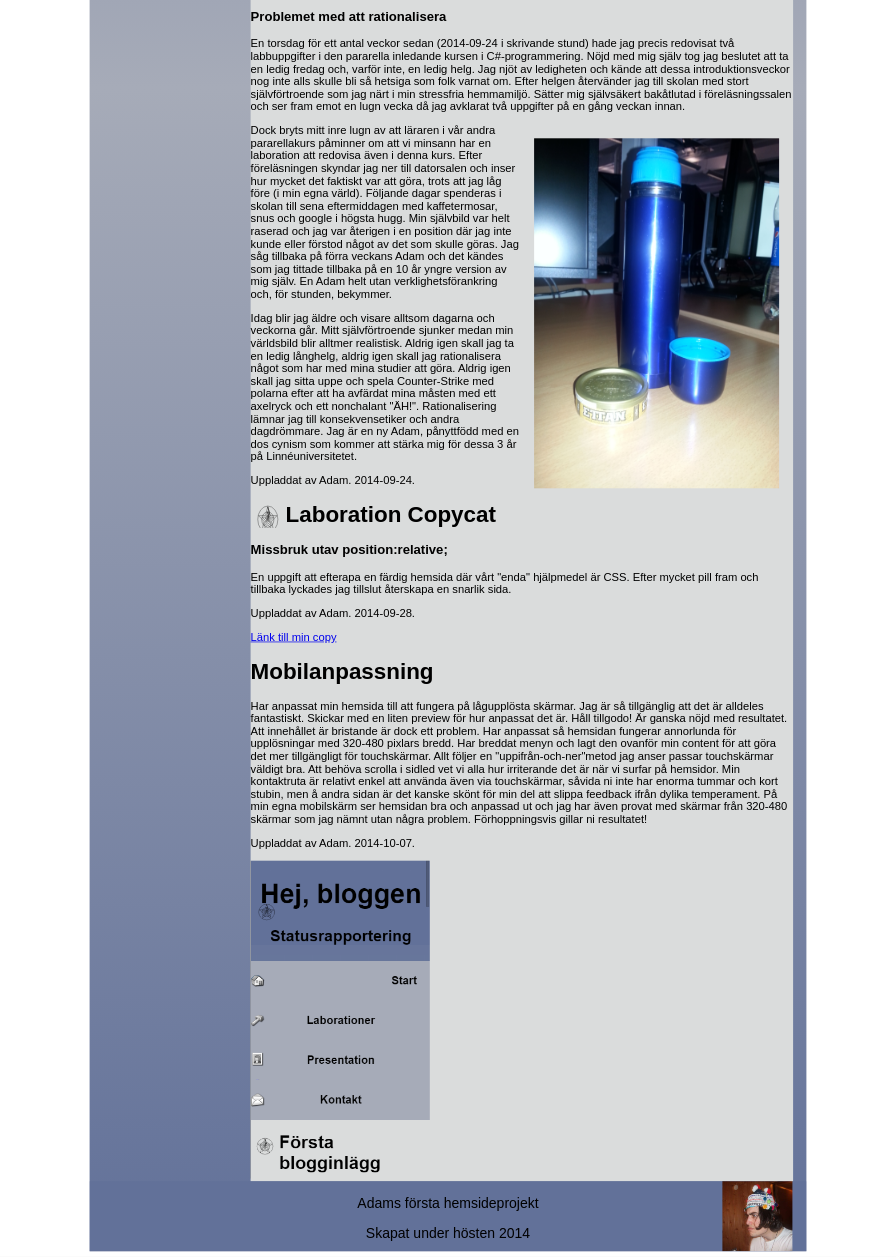
Repository: ao222qc/1IK415_ao222qc_copycat
Page: index.html
The author's editor kept a record of every edit. The page is drawn from the files as they stood at one moment, then again after the next edit.
The browser window is 1280 px wide. The pictures show the part of the page from y = 1541 to 3461 px (the page is 3337 px tall before and 3461 px after), at 70% of full size.

Above is the page before.

### index.html
<!doctype html>
<html lang="sv">
    <head>
        <meta charset = "utf-8">
        <title>Bloggindex</title>
        <link rel="stylesheet" href="pics/css/style.css" media="screen">
        <link rel="stylesheet" href="pics/css/print.css" media ="print">
       <link rel="stylesheet" href="pics/css/mobile.css" media="screen and (min-device-width: 320px) and (max-device-width: 480px") />
       <meta content='width=device-width; initial-scale=1.0; maximum-scale=1.0; user-scalable=0;' name='viewport' />
       <link rel="icon"  type="image/x-icon" href="/pics/fav.ico" />
       <link rel="shortcut icon" href="/pics/iosicon.png"/>
    </head>
<body>
<div id="background">
    <div id="header">
    <h1>Hej, bloggen</h1>
    <h3>Statusrapportering</h3>
    </div>

    <div id="navigation">
    <ul>
        <li class="active"><a class="index" href="index.html">Start</a></li>
        <li><a class="laborationer" href="pages/laborationer.html">Laborationer</a></li>
        <li><a class="presentation" href="pages/presentation.html">Presentation</a></li>
        <li><a class="kontakt" href="pages/kontakt.html">Kontakt</a></li>
    </ul>

    </div>

    <div id="content">
        <h1 id="loggrubrik">Första blogginlägg</h1>
        <h3>Spännande</h3>

    <img id="loga" src="pics/loga.png" alt="">

    <p>
        Här skriver jag ett slags blogginlägg för att rapportera om hur laborationen fortgår.
        Laboration fortlöper som förväntat. Vilka värden jag lägger in i vad som är förväntat går jag ej in djupare på.
    </p>
    <p>Skrivet utav Adam, 2014-09-16</p>

        <h1 id="loggrubrik">Blogginlägg så det heter duga</h1>
        <h3>Vektorgrafik tolkad i upprepade mönster</h3>

        <p>Jag har nu skapat en bild som kombinerar tomheten inom mig med de symboler jag tror på.</p>
    <img src="pics/vektorgrafik.svg" alt="" id="vektorgrafik">
        <p>Skrivet utav Adam, Fil. Kand. i forskning kring bilder ur ett kulturhistoriskt perspektiv, 2014-09-17.</p>

    <h1 id="loggrubrik">Blogginlägg kanin</h1>
        <h3>En kanin</h3>



    <p>Uppladdat av Adam, 2014-09-17.</p>
        <h1 id="loggrubrik">Funderingar kring studiedisciplin</h1>
        <h3>Problemet med att rationalisera</h3>
            <p>En torsdag för ett antal veckor sedan (2014-09-24 i skrivande stund) hade jag precis redovisat
            två labbuppgifter i den pararella inledande kursen i C#-programmering. Nöjd med mig själv tog jag
            beslutet att ta en ledig fredag och, varför inte, en ledig helg. Jag njöt av ledigheten och kände
            att dessa introduktionsveckor nog inte alls skulle bli så hetsiga som folk varnat om. Efter helgen
            återvänder jag till skolan med stort självförtroende som jag närt i min stressfria hemmamiljö.
            Sätter mig självsäkert bakåtlutad i föreläsningssalen och ser fram emot en lugn vecka då jag avklarat
            två uppgifter på en gång veckan innan.
    <div class="right">
    <img src="pics/bloggbild.jpg" width="350" height="500" akt=""/>
    </div>
            Dock bryts mitt inre lugn av att läraren i vår andra pararellakurs påminner om att vi minsann
            har en laboration att redovisa även i denna kurs. Efter föreläsningen skyndar jag ner till datorsalen
            och inser hur mycket det faktiskt var att göra, trots att jag låg före (i min egna värld). Följande
            dagar spenderas i skolan till sena eftermiddagen med kaffetermosar, snus och google i högsta hugg.
            Min självbild var helt raserad och jag var återigen i en position där jag inte kunde eller förstod
            något av det som skulle göras. Jag såg tillbaka på förra veckans Adam och det kändes som jag tittade
            tillbaka på en 10 år yngre version av mig själv. En Adam helt utan verklighetsförankring och, för
            stunden, bekymmer.</p>

            <p>Idag blir jag äldre och visare alltsom dagarna och veckorna går. Mitt självförtroende sjunker medan
            min världsbild blir alltmer realistisk. Aldrig igen skall jag ta en ledig långhelg, aldrig igen skall
            jag rationalisera något som har med mina studier att göra. Aldrig igen skall jag sitta uppe och spela
            Counter-Strike med polarna efter att ha avfärdat mina måsten med ett axelryck och ett nonchalant "ÄH!".
            Rationalisering lämnar jag till konsekvensetiker och andra dagdrömmare. Jag är en ny Adam, pånyttfödd med
            en dos cynism som kommer att stärka mig för dessa 3 år på Linnéuniversitetet.</p>
            <p>Uppladdat av Adam. 2014-09-24.</p>
    <h1 id="loggrubrik">Laboration Copycat</h1>
    <h3>Missbruk utav position:relative;</h3>
    <p>En uppgift att efterapa en färdig hemsida där vårt "enda" hjälpmedel är CSS. Efter mycket
        pill fram och tillbaka lyckades jag tillslut återskapa en snarlik sida.
    </p>
    <p>Uppladdat av Adam. 2014-09-28.</p>
    <a href="https://uppgift-3-3-c9-ao222qc.c9.io/">Länk till min copy</a>
    <h1>Mobilanpassning</h1>
    <p>Har anpassat min hemsida till att fungera på lågupplösta skärmar. Jag är så tillgänglig
        att det är alldeles fantastiskt. Skickar med en liten preview för hur anpassat det är.
        Håll tillgodo! Är ganska nöjd med resultatet. Att innehållet är bristande är dock
        ett problem.
        Har anpassat så hemsidan fungerar annorlunda för upplösningar med 320-480 pixlars bredd.
        Har breddat menyn och lagt den ovanför min content för att göra det mer tillgängligt för
        touchskärmar. Allt följer en "uppifrån-och-ner"metod jag anser passar touchskärmar väldigt bra.
        Att behöva scrolla i sidled vet vi alla hur irriterande det är när vi surfar på hemsidor.
        Min kontaktruta är relativt enkel att använda även via touchskärmar, såvida ni inte har
        enorma tummar och kort stubin, men å andra sidan är det kanske skönt för min del att slippa
        feedback ifrån dylika temperament. På min egna mobilskärm ser hemsidan bra och anpassad ut och
        jag har även provat med skärmar från 320-480 skärmar som jag nämnt utan några problem.
        Förhoppningsvis gillar ni resultatet!
    </p>
    <p>Uppladdat av Adam. 2014-10-07.</p>
    <div class="left">
    <img id="mobilepreview" src="pics/mobilepreview.png" alt="" />
    </div>


    </div>

      <div id="footer">
        <p>Adams första hemsideprojekt</p>
        <p>Skapat under hösten 2014</p>
    </div>
    </div>
</body>
</html>

### pics/css/style.css
#background
{
    width:1024px;
    height: auto;
    margin: 0 auto;
    background: linear-gradient(#627199, #A6ABB8 ,#627199);
    overflow:auto;
    font-family:Arial;
}

#header
{
    background-color:#627199 ;
    width:1024px;
    height:150px;
    margin-left: auto;
    margin-right: auto;
    text-align: center;
    font-size:150%;
    background-image: url(../vektorgrafik.svg);
    background-size: 250px 250px;
    background-position: left 3px center;
    background-repeat: no-repeat;
}
#navigation
    {
    font-size: 125%;
    font-weight: bold;
    background-color: #A6ABB8;
    float:left;
    width:220px;
    }

    #navigation ul
    {
    list-style-type: none;
    margin: 0;
    padding: 0;
    }

    #navigation ul li a
    {
    text-decoration: none;
    padding: 24px 24px;
    color: blue;
    display:block;
    }
    #navigation a
    {
    background-image: url("../sprite.png");
    display:block;
    background-repeat: no-repeat;
    }

.index
{background-position: 0px -24px;}

.laborationer
{background-position: 0px -120px;}

.presentation
{background-position: 0px -218px;}

.kontakt
{background-position: 0px -312px;}

.index:hover
{background-position: 0px 24px;}

.laborationer:hover
{background-position: 0px -70px;}

.presentation:hover
{background-position: 0px -169px;}

.kontakt:hover
{background-position: 0px -265px;}


    #navigation ul li a:visited
    {
    color: Black;
    }
    #navigation ul li a:hover
    {
    color: white;
    background-color: #17223D;
    }
    .active
    {
    text-align:right;
    }

#content
 {
    background-color:#DADCDC;
    float:left;
    width:775px;
    height:auto;
    margin-left: 10px;
    margin-right: 10px;
 }
#footer
 {
    font-size:125%;
    text-align:center;
    background-color:#627199;
    float:left;
    width:1024px;
    text-align:center;
    height:100px;
    background-image: url(../labbild.jpg);
    background-size: 100px 100px;
    background-position: right 20px center;
    background-repeat: no-repeat;
 }
.link
{
    list-style:none;
    font-size:120%;
}
.right
{
    float:right;
    margin:10px;
    padding:10px;
}
.left /*om jag nu skall lägga in bild till vänster*/
{
    float:left;
}
table, td, th
{
   margin-left:215px;
   text-align:center;
   border: 2px Solid Navy;
}
#loggrubrik
{
    background-image: url(../vektorgrafik.svg);
    background-size: 50px 50px;
    padding-left: 50px;
    background-repeat: no-repeat;
    top: 75%;
}
#mobilepreview
{
    height:80%;
    width:80%;
}

### pics/css/print.css
body
{
  color : #000000;
  background : #ffffff;
  font-family : "Times New Roman", Times, serif;
  font-size : 12pt;
}
#navigation
{
    display: none;
}
img
{
    display:none;
    visibility: hidden;
}

a:link:after,
a:visited:after
{
    font-size : 12pt;
    content: " ("attr(href) ") ";
}

### pics/css/mobile.css
@media screen and (min-device-width: 320px) and (max-device-width: 480px) {

#background
{
    min-width:100%;
    max-width:100%;
    max-height:100%;
}

body
{
    margin:0; padding:0;
}

table
{
    margin-left:2px;
}

#header
{
    min-width:100%;
    max-width:100%;
    text-align:center;
    background-size: 50px, 50px;
    height:auto;
}
#navigation
{
    min-width:100%;
    max-width:100%;
    float:none;
    text-align:center;
}

#content
{
  min-width:100%;
  max-width:100%;
  padding: 0;
  margin: 0;
}

#vektorgrafik
{
    float:none;
    height:300px;
    width:300px;
}

#mittnylle
{
    height:300px;
    width:300px;
}

#loga
{
    height:300px;
    width:330px;
}

#footer
{
    min-width:100%;
    max-width:100%;
    font-size:85%;
    background-position:right;
    text-align:left;
}

ol dl
{
    font-size:85%;
}




















}

After the next edit:
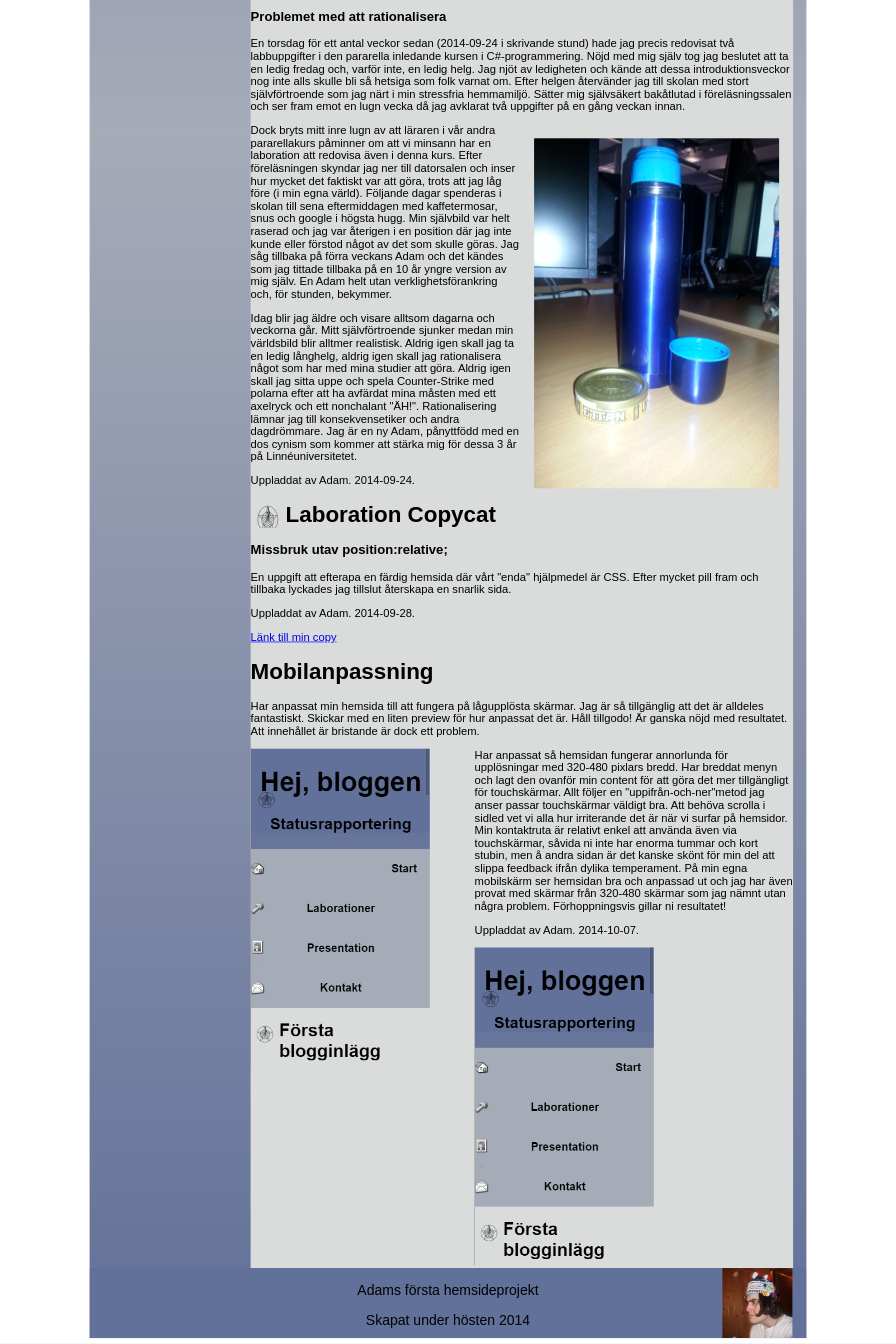
The edit:
--- a/index.html
+++ b/index.html
@@ -92,6 +92,9 @@
         att det är alldeles fantastiskt. Skickar med en liten preview för hur anpassat det är.
         Håll tillgodo! Är ganska nöjd med resultatet. Att innehållet är bristande är dock
         ett problem.
+        <div class="left">
+    <img id="mobilepreview" src="pics/mobilepreview.png" alt="" />
+    </div>
         Har anpassat så hemsidan fungerar annorlunda för upplösningar med 320-480 pixlars bredd.
         Har breddat menyn och lagt den ovanför min content för att göra det mer tillgängligt för
         touchskärmar. Allt följer en "uppifrån-och-ner"metod jag anser passar touchskärmar väldigt bra.
